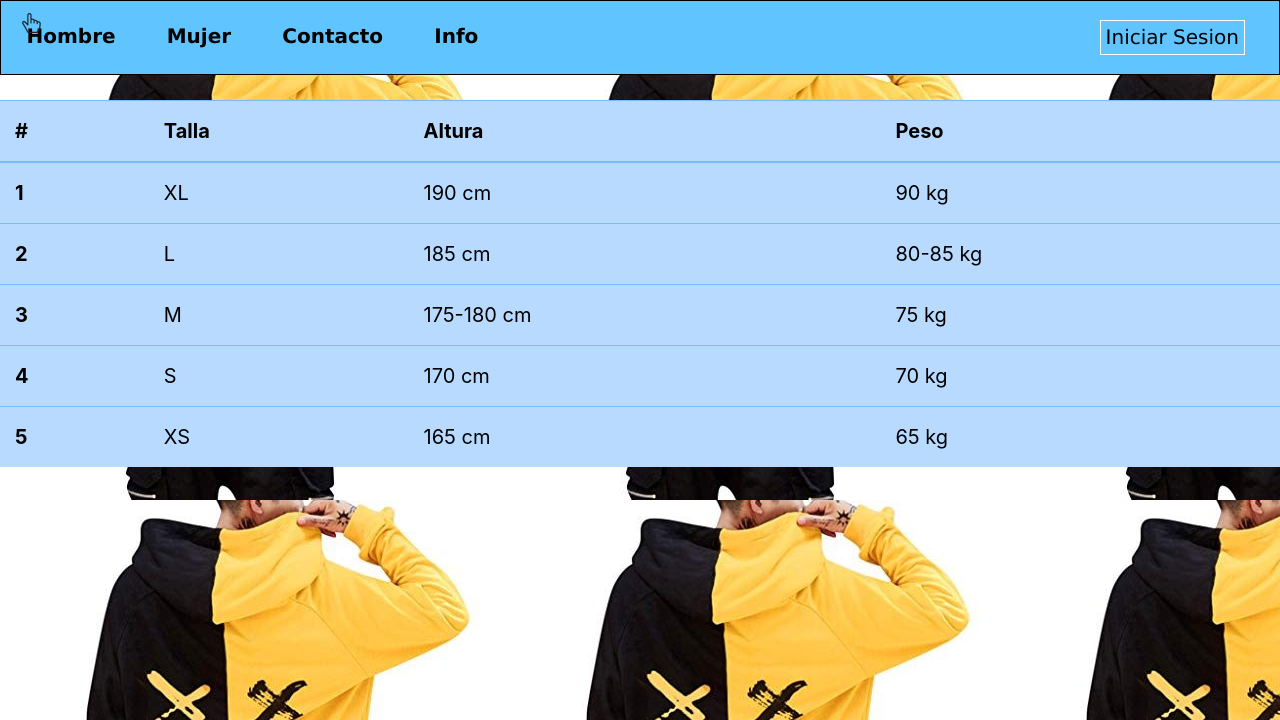
Repository: danilugones10/Proyecto
Page: hombre.html
An editor plug-in stored every save of this project. The page is shown before and after the next save, followed by the edit.
The browser window is 1280 px wide. The pictures show the whole page.
Some web libraries are served in a nearby version.

Above is the page before, as saved 2021-03-20 13:18:06.

### hombre.html
<!DOCTYPE html>
<html lang="en">
<head>
    <meta charset="UTF-8">
    <meta name="viewport" content="width=device-width, initial-scale=1.0">
    <title>Document</title>
    <link rel="stylesheet" href="https://cdn.jsdelivr.net/npm/bootstrap@4.6.0/dist/css/bootstrap.min.css" integrity="sha384-B0vP5xmATw1+K9KRQjQERJvTumQW0nPEzvF6L/Z6nronJ3oUOFUFpCjEUQouq2+l" crossorigin="anonymous">
    <link rel="stylesheet" href="https://cdn.jsdelivr.net/npm/bootstrap-icons@1.4.0/font/bootstrap-icons.css">
    <link rel="stylesheet" href="css/normalize.css">
    <link rel="stylesheet" href="css/style.css">
</head>
<body class="body">
    <header class="header">

    </header>

    <main class="main">
        <table class="table table-primary">
            <thead>
              <tr>
                <th scope="col">#</th>
                <th scope="col">Talla</th>
                <th scope="col">Altura</th>
                <th scope="col">Peso</th>
              </tr>
            </thead>
            <tbody>
              <tr>
                <th scope="row">1</th>
                <td>XL</td>
                <td>190 cm</td>
                <td>90 kg</td>
              </tr>
              <tr>
                <th scope="row">2</th>
                <td>L</td>
                <td>185 cm</td>
                <td>80-85 kg</td>
              </tr>
              <tr>
                <th scope="row">3</th>
                <td>M</td>
                <td>175-180 cm</td>
                <td>75 kg</td>
              </tr>
              <tr>
                <th scope="row">4</th>
                <td>S</td>
                <td>170 cm</td>
                <td>70 kg</td>
              </tr>
              <tr>
                <th scope="row">5</th>
                <td>XS</td>
                <td>165 cm</td>
                <td>65 kg</td>
              </tr>
            </tbody>
          </table>

    </main>

    <script src="https://code.jquery.com/jquery-3.5.1.slim.min.js" integrity="sha384-DfXdz2htPH0lsSSs5nCTpuj/zy4C+OGpamoFVy38MVBnE+IbbVYUew+OrCXaRkfj" crossorigin="anonymous"></script>
    <script src="https://cdn.jsdelivr.net/npm/popper.js@1.16.1/dist/umd/popper.min.js" integrity="sha384-9/reFTGAW83EW2RDu2S0VKaIzap3H66lZH81PoYlFhbGU+6BZp6G7niu735Sk7lN" crossorigin="anonymous"></script>
    <script src="https://cdn.jsdelivr.net/npm/bootstrap@4.6.0/dist/js/bootstrap.min.js" integrity="sha384-+YQ4JLhjyBLPDQt//I+STsc9iw4uQqACwlvpslubQzn4u2UU2UFM80nGisd026JF" crossorigin="anonymous"></script>
    <script src="js/menu.js"></script>
    <script src="js/oscuro.js"></script>
</body>
</html>

### css/style.css
:root {
  --base: #60c5ff;
  --texto: #000000;
  --nav: #ffffff;
}

.modoOscuro {
  --base: #093f5f;
  --texto: #ffffff;
  --nav: #000000;
}

.header {
  grid-column: 1/2;
  grid-row: 1/2;
  background-color: var(--nav);
  color: var(--texto);
  height: 75px;
}

.menu {
  height: 75px;
  border: 1px solid;
}

.menu__list {
  list-style: none;
  display: flex;
}

.menu__item {
  padding-top: 20px;
  padding-bottom: 23px;
  padding-right: 2%;
  padding-left: 2%;
  font-family: "Lucida Sans", "Lucida Sans Regular", "Lucida Grande", "Lucida Sans Unicode", Geneva, Verdana, sans-serif;
  font-weight: bold;
}

#oscuro {
  margin-left: 5px;
}

a {
  text-decoration: none;
  color: var(--texto);
}

.busqueda {
  display: none;
  position: absolute;
  width: 20%;
  right: 185px;
  top: 25px;
  height: 25px;
  border-radius: 10px;
  outline: none;
}

.inicio {
  position: absolute;
  top: 20px;
  right: 35px;
  background-color: var(--base);
  border: 1px solid white;
  padding: 5px;
  font-family: "Lucida Sans", "Lucida Sans Regular", "Lucida Grande", "Lucida Sans Unicode", Geneva, Verdana, sans-serif;
}
.inicio a {
  text-decoration: none;
}

.hamburguesa {
  position: absolute;
  top: 25px;
  right: 5px;
  cursor: pointer;
  display: none;
}

.inicio:hover {
  background-color: #A3E4D7;
}
.inicio:hover a {
  color: black;
}

.menu__item:hover {
  background-color: var(--base);
  color: var(--texto);
}
.menu__item:hover a {
  color: black;
}

@media (max-width: 767px) {
  .menu {
    background-color: var(--nav);
    height: 75px;
  }

  .menu__list {
    list-style: none;
    display: inline-block;
  }

  .menu__item {
    padding-top: 19px;
    padding-bottom: 20px;
    padding-right: 2%;
    padding-left: 2%;
    font-family: "Lucida Sans", "Lucida Sans Regular", "Lucida Grande", "Lucida Sans Unicode", Geneva, Verdana, sans-serif;
    visibility: hidden;
  }

  .menu__item:hover {
    width: 100px;
  }

  .busqueda {
    display: block;
    position: absolute;
    width: 35%;
    right: 200px;
    top: 25px;
    height: 25px;
    border-radius: 20px;
  }

  .inicio {
    position: absolute;
    top: 20px;
    right: 35px;
    border: 1px solid white;
    padding: 5px;
    font-family: "Lucida Sans", "Lucida Sans Regular", "Lucida Grande", "Lucida Sans Unicode", Geneva, Verdana, sans-serif;
  }
  .inicio a {
    text-decoration: none;
  }

  .hamburguesa {
    position: absolute;
    top: 25px;
    right: 5px;
    cursor: pointer;
    display: block;
  }

  .inicio:hover {
    background-color: #A3E4D7;
    color: black;
  }

  .menu__item:hover {
    background-color: var(--base);
    color: var(--texto);
  }
}
.main {
  grid-column: 1/2;
  grid-row: 2/3;
}

.section1 {
  display: flex;
  flex-flow: wrap;
  justify-content: space-around;
  width: 100%;
}
.section1 .section1-titulo {
  width: 400px;
  height: 400px;
  text-align: center;
}
.section1 .section1-titulo .section1-titulo__fondo .section1-titulo__h1 {
  font-size: 70px;
  font-family: "Courier New", Courier, monospace;
}
.section1 .section1-titulo .prior-img {
  opacity: 95%;
  width: 200px;
  height: 200px;
  border: 1px solid;
  transition: 1s;
}
.section1 .section1-titulo .prior-img:hover {
  transform: scale(1.3);
}
.section1 .section1-img {
  width: 460px;
  height: 400px;
  text-align: center;
  padding-top: 25px;
  margin-top: 20px;
}
.section1 .section1-img img {
  width: 400px;
  height: 350px;
  transition: 1s;
}
.section1 .section1-img img:hover {
  transform: scale(1.1);
}

.section2 {
  width: 100%;
  display: flex;
  justify-content: center;
  padding-top: 50px;
  color: white;
}
.section2 .section2-prior {
  border: 1px solid;
  width: 70%;
}

.section3 {
  width: 100%;
  display: flex;
  flex-wrap: wrap;
  color: white;
}
.section3 .section3-h1 {
  width: 100%;
  text-align: center;
}
.section3 .section3-imagenes {
  display: flex;
  flex-wrap: wrap;
  justify-content: space-around;
  width: 100%;
  text-align: center;
}
.section3 .section3-imagenes .section3-imagenes__contenedor {
  position: relative;
  border: 1px solid;
  padding-top: 5px;
  width: 250px;
  height: 230px;
}
.section3 .section3-imagenes .section3-imagenes__contenedor button {
  display: none;
}
.section3 .section3-imagenes .section3-imagenes__contenedor h3 {
  font-size: 20px;
}
.section3 .section3-imagenes .section3-imagenes__contenedor:hover .fondo {
  position: absolute;
  top: 0;
  left: 0;
  width: 100%;
  height: 100%;
  background-color: rgba(0, 0, 0, 0.6);
  z-index: 100;
}
.section3 .section3-imagenes .section3-imagenes__contenedor:hover button {
  display: inline;
  position: absolute;
  top: 40%;
  left: 30%;
}

.section4 {
  width: 100%;
  margin-top: 5px;
}
.section4 h1 {
  color: white;
  text-align: center;
}
.section4 .contenedor {
  margin: auto;
  margin-bottom: 20px;
  width: 400px;
  height: 350px;
  background-color: aquamarine;
  z-index: 100;
  position: relative;
  border: 1px solid;
}
.section4 .contenedor img {
  width: 100vw;
}
.section4 .contenedor .texto {
  background-color: var(--base);
  opacity: 75%;
  margin-top: -90px;
}
.section4 .contenedor .texto #nombreImagen {
  color: white;
  margin-left: 15px;
}
.section4 .contenedor .texto #precio {
  color: white;
  padding-top: 10px;
  margin-left: 15px;
}
.section4 .contenedor .texto #precio span {
  text-decoration: line-through;
}
.section4 .contenedor #flecha1 {
  content: "";
  position: absolute;
  border-right: 2vw solid gray;
  border-bottom: 2vw solid transparent;
  border-top: 2vw solid transparent;
  bottom: 45%;
  left: 0;
  cursor: pointer;
}
.section4 .contenedor #flecha2 {
  content: "";
  position: absolute;
  border-left: 2vw solid gray;
  border-bottom: 2vw solid transparent;
  border-top: 2vw solid transparent;
  bottom: 45%;
  right: 0;
  cursor: pointer;
}

.footer {
  grid-column: 1/2;
  grid-row: 3/4;
  color: var(--texto);
  background-color: var(--nav);
  border: 1px solid var(--base);
  height: 200px;
}

.grupo {
  display: flex;
}

.colum {
  text-align: center;
  width: 33.3%;
  height: 120px;
}

.colum h3 {
  margin-bottom: 0px;
  font-family: "Courier New", Courier, monospace;
}

.colum div {
  margin-top: 3px;
  font-size: 16px;
  font-family: "Times New Roman", Times, serif;
}

.fin {
  width: 100%;
}

.fin div {
  font-size: 16px;
  text-align: center;
}

.fin div span {
  position: absolute;
  right: 10px;
  font-size: 16px;
}

@media (max-width: 767px) {
  .fin {
    padding-top: 10px;
  }
}
.card_width {
  min-width: 400px;
  max-width: 33%;
}

.main p {
  color: var(--texto);
}
.main h5 {
  color: var(--texto);
}
.main .entrega {
  width: 70%;
  margin: auto;
}
.main .entrega p {
  padding: 10px;
  border-radius: 20px;
  border: 2px solid;
}
.main .pagos {
  width: 30%;
  min-width: 300px;
  margin: auto;
  border-radius: 20px;
  border: 2px solid;
  color: var(--texto);
  background-color: var(--base);
}
.main .pagos ul {
  list-style: none;
}
.main .pagos ul li {
  padding: 10px;
}

h1 {
  background-color: var(--base);
  color: var(--texto);
  padding: 10px;
  text-align: center;
}

p {
  color: var(--texto);
  background-color: var(--base);
}

.cuadro {
  display: flex;
  justify-content: space-around;
  flex-wrap: wrap;
}

.cajita {
  color: var(--texto);
  background-color: var(--base);
  min-width: 450px;
  height: 300px;
  margin-bottom: 10px;
}

.accordion .card {
  color: var(--texto);
  background-color: var(--base);
}
.accordion .card .card-body {
  background-color: rgba(0, 0, 0, 0.3);
}
.accordion .card button {
  color: var(--texto);
}

.contacto-form {
  height: 350px;
  margin: auto;
  width: 75%;
  color: var(--texto);
  background-color: var(--base);
}
.contacto-form fieldset {
  border: 1px solid;
}

.tabla {
  text-align: center;
  width: 90%;
  background-color: var(--base);
  margin: auto;
  margin-bottom: 10px;
}

th {
  color: var(--texto);
}

td {
  color: var(--texto);
}

.carrouselMujer {
  max-width: 500px;
  margin: auto;
  border: 1px solid;
}

.carousel-control-prev-icon {
  background-color: black;
}

.carousel-control-next-icon {
  background-color: black;
}

* {
  margin: 0;
  padding: 0;
  font-size: 20px;
}
* h1 {
  color: var(--texto);
}
* h5 {
  color: var(--texto);
}
* p {
  color: var(--texto);
}

body {
  display: grid;
  grid-template-columns: 100%;
  grid-template-rows: 100px auto 200px;
  background-image: url(img/sudadera_fondo.jpg);
}

#oscuro {
  position: absolute;
  top: 0;
  left: 0;
}

.color__claro {
  background-color: var(--base);
  color: var(--texto);
}

@media (max-width: 767px) {
  body {
    grid-template-rows: 350px auto 200px;
  }

  .main {
    margin-top: -250px;
  }
}

/*# sourceMappingURL=style.css.map */

### js/menu.js
const header=document.querySelector('.header');
const nav=document.createElement('nav');
nav.className="menu color__claro";
const ul=document.createElement('ul');
ul.className="menu__list";
const fragment=document.createDocumentFragment();

const bot=document.createElement('button');
bot.id="oscuro";
bot.innerHTML='<i class="bi bi-hand-index-thumb"></i>';
nav.appendChild(bot);

const li=document.createElement('li');
li.className="menu__item";
const a=document.createElement('a');
a.href="hombre.html";
a.textContent="Hombre";
li.appendChild(a)
fragment.appendChild(li);

const li2=document.createElement('li');
li2.textContent="Mujer";
li2.className="menu__item";
fragment.appendChild(li2);

const li3=document.createElement('li');
li3.className="menu__item";
const a3=document.createElement('a');
a3.href="contacto.html";
a3.textContent="Contacto";
li3.appendChild(a3);
fragment.appendChild(li3);

const li4=document.createElement('li');
li4.className="menu__item";
const a4=document.createElement('a');
a4.href="info.html";
a4.textContent="Info";
li4.appendChild(a4)
fragment.appendChild(li4);

const li5=document.createElement('input');
li5.setAttribute('placeholder', '   buscar');
li5.className="busqueda";
li5.id="busqueda";
fragment.appendChild(li5);

const li6=document.createElement('li');
const button6=document.createElement('button');
button6.className="inicio";
const a6=document.createElement('a');
a6.href="formulario.html";
a6.textContent="Iniciar Sesion";
button6.appendChild(a6);
li6.appendChild(button6);
fragment.appendChild(button6);

const hamb=document.createElement('label');
hamb.innerHTML="<span>&#9776;</span>";
hamb.className="hamburguesa";
fragment.appendChild(hamb);

ul.appendChild(fragment);
nav.appendChild(ul);
header.appendChild(nav);

const hamburguesa=document.querySelector('.hamburguesa');
const menu=document.querySelector('.menu');
const main=document.querySelector('.main');

    hamburguesa.addEventListener('click', ()=>{

        if(window.innerWidth<767){

            if( menu.style.height==="75px"){
                menu.style.height="100%";
                main.style.marginTop="0px";
                li.style.visibility="visible";
                li2.style.visibility="visible";
                li3.style.visibility="visible";
                li4.style.visibility="visible";
            }
            else{
                menu.style.height="75px";
                main.style.marginTop="-230px";
                li.style.visibility="hidden";
                li2.style.visibility="hidden";
                li3.style.visibility="hidden";
                li4.style.visibility="hidden";

            }
        }
    })

    window.addEventListener("resize",() => {
        if (this.window.innerWidth>767) {
            main.style.marginTop="0px";
            li.style.visibility="visible";
            li2.style.visibility="visible";
            li3.style.visibility="visible";
            li4.style.visibility="visible";
        }
        else{
            menu.style.height="75px";
            main.style.marginTop="-230px";
            li.style.visibility="hidden";
            li2.style.visibility="hidden";
            li3.style.visibility="hidden";
            li4.style.visibility="hidden";
        }
     })

### js/oscuro.js
const botonOscuro=document.getElementById('oscuro');
botonOscuro.className="btn"
const menus=document.querySelector('.menu');
const section1Titulo=document.querySelector('.section1-titulo__fondo');
const section1Img=document.querySelector('.section1-img');
const section2Prior=document.querySelector('.section2-prior');
const section3H1=document.querySelector('.section3-h1-color');
const section3Conte=document.querySelectorAll('.section3-imagenes__contenedor');
const section4H1=document.querySelector('.section4-h1');
const jumnb=document.querySelector('.jumbotron');
const footer=document.querySelector('.footer');


botonOscuro.addEventListener("click", ()=>{
    if (menus.className=="menu color__claro") {
        menus.className="menu color__oscuro"
        section1Titulo.className="section1-titulo__fondo color__oscuro"
        section1Img.className="section1-img color__oscuro"
        section2Prior.className="section2-prior color__oscuro"
        section3H1.className="section3-h1-color color__oscuro"
        section4H1.className="section4-h1 color__oscuro"
        jumnb.className="jumbotron color__oscuro"
        footer.className="footer color__oscuro"
        for (let index = 0; index < section3Conte.length; index++) {
            const element = section3Conte[index];
            element.className="section3-imagenes__contenedor color__oscuro"
        }


    }
    else{
        menus.className="menu color__claro"
        section1Titulo.className="section1-titulo__fondo color__claro"
        section1Img.className="section1-img color__claro"
        section2Prior.className="section2-prior color__claro"
        section3H1.className="section3-h1-color color__claro"
        section4H1.className="section4-h1 color__claro"
        jumnb.className="jumbotron color__claro jumnb"
        footer.className="footer color__claro"
        for (let index = 0; index < section3Conte.length; index++) {
            const element = section3Conte[index];
            element.className="section3-imagenes__contenedor color__claro"
        }

    }
})

Loaded but not shown: css/normalize.css (library)

After the next save:
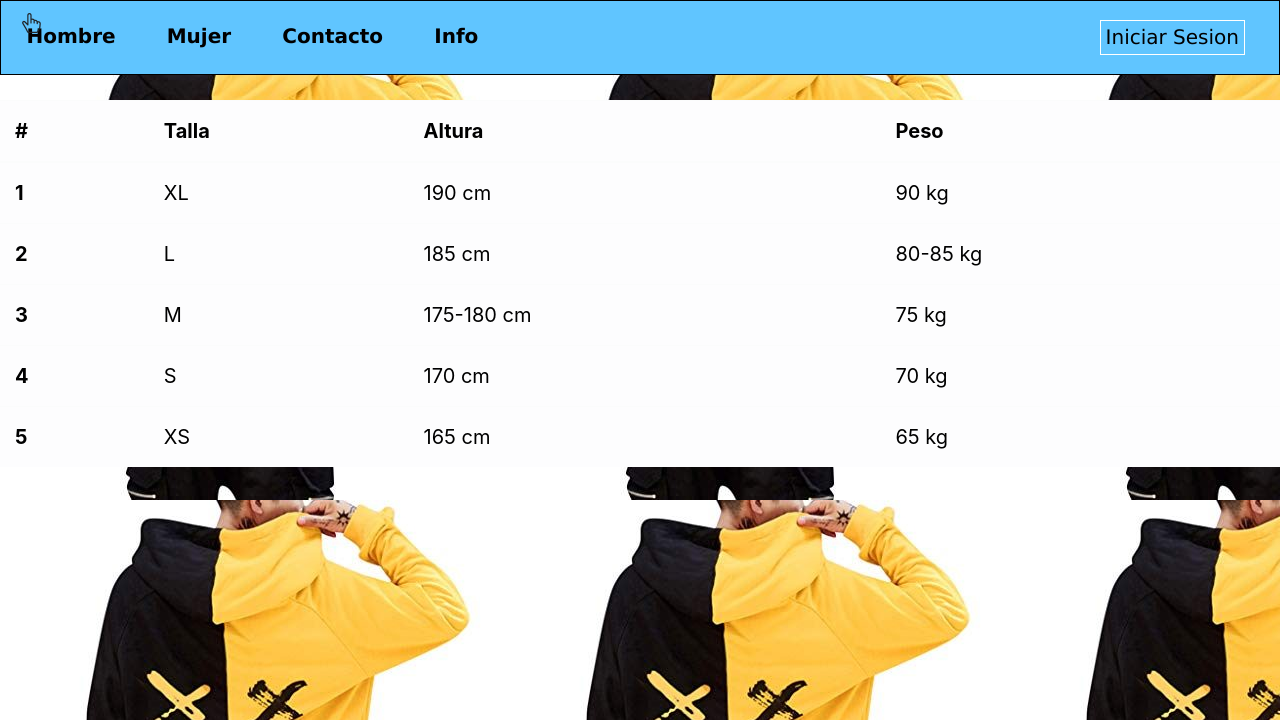
Saved 13 s later.
--- a/hombre.html
+++ b/hombre.html
@@ -15,7 +15,7 @@
     </header>
 
     <main class="main">
-        <table class="table table-primary">
+        <table class="table table-light">
             <thead>
               <tr>
                 <th scope="col">#</th>
